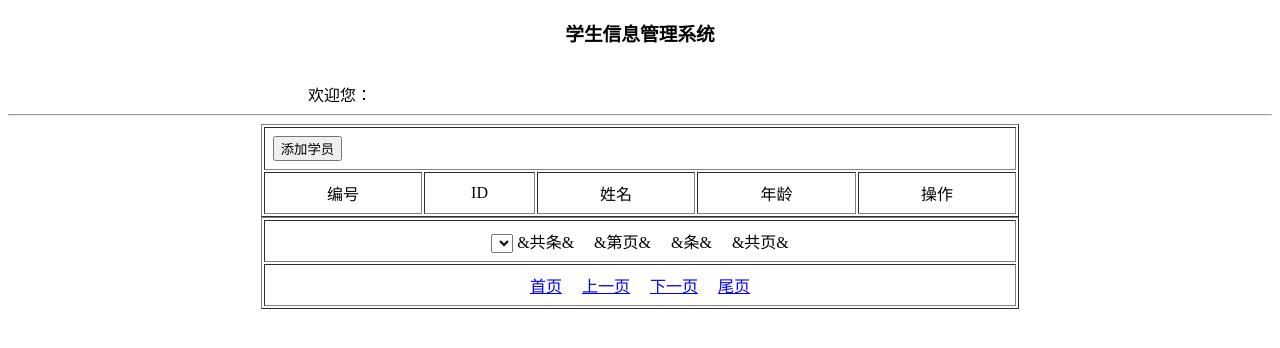
Repository: DataBoxWx/mvc_servlet_3
Page: http://localhost/mvc_2/jsp/studentlist.jsp
These files come from the project's save history. The page is drawn as it stood at one moment and after the next save; the edit follows.
The browser window is 1280 px wide. The pictures show the whole page.
The page is served by Tomcat 9.

Above is the page before, as saved 2018-05-10 02:06:17.

After the next save:
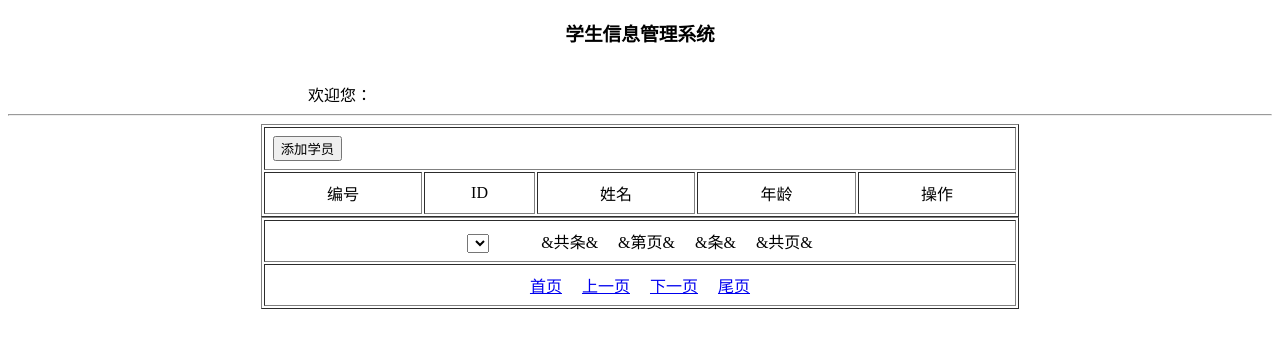
Saved 25 s later.
--- a/mvc_2/WebContent/jsp/studentlist.jsp
+++ b/mvc_2/WebContent/jsp/studentlist.jsp
@@ -138,7 +138,7 @@
 					<option value="3"></option>
 					<option value="4"></option>
 					<option value="5"></option>
-				</select>
+				</select>&nbsp;&nbsp;&nbsp;&nbsp;&nbsp;&nbsp;&nbsp;&nbsp;&nbsp;&nbsp;&nbsp;&nbsp;
 				&共<span id="pageCount"></span>条&&nbsp;&nbsp;&nbsp;&nbsp;
 				&第<span id="pageNum"></span>页&&nbsp;&nbsp;&nbsp;&nbsp;
 				  &<span id="pageSize"></span>条&&nbsp;&nbsp;&nbsp;&nbsp;
